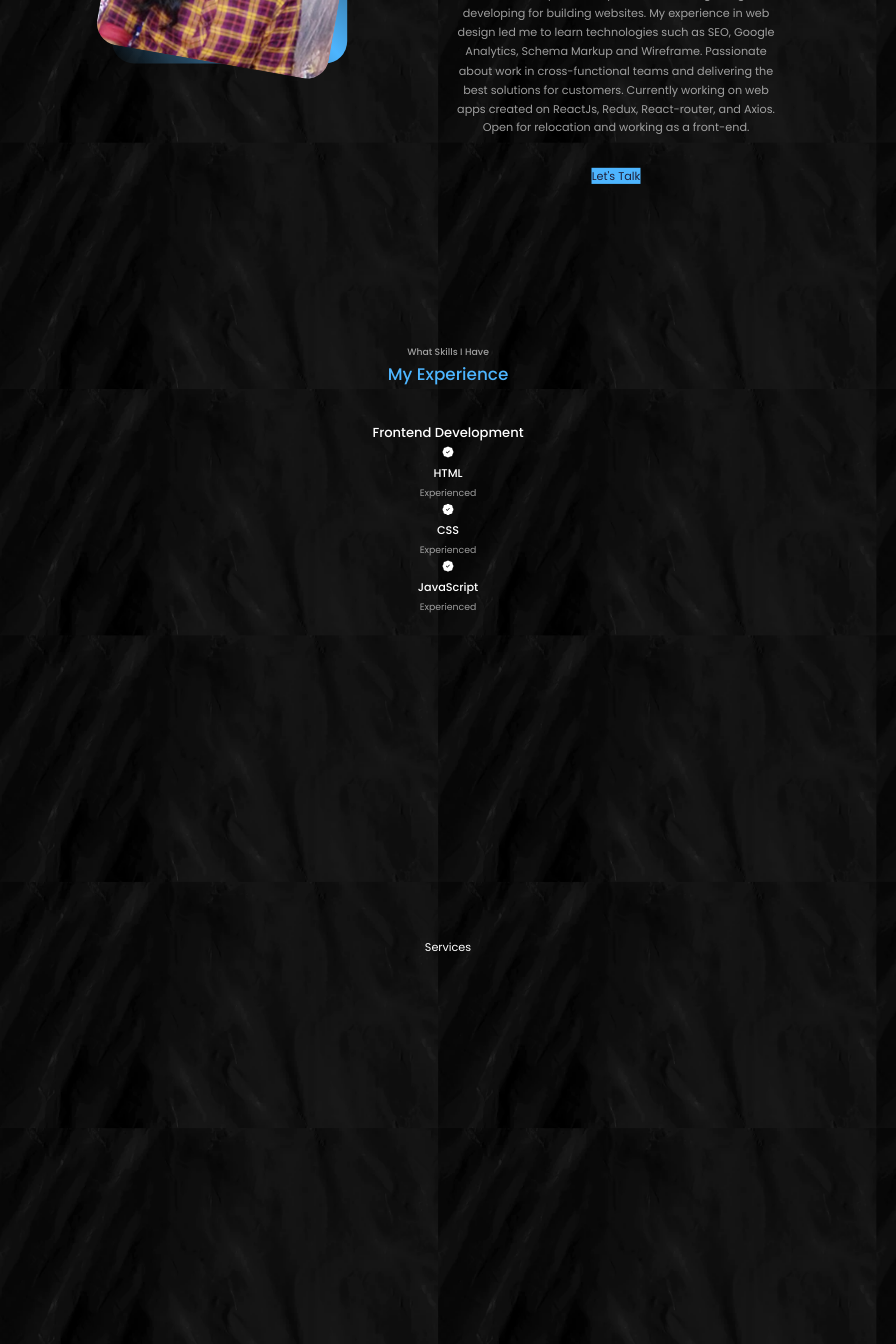
Repository: mayuri2018/Mr_react_portfolio
Page: /
An editor plug-in stored every save of this project. The page is shown before and after the next save, followed by the edit.
The browser window is 1280 px wide. The pictures show the part of the page from y = 1204 to 3124 px (the page is 5835 px tall), at 70% of full size.
The project was rebuilt for these pictures with package versions that can differ from the ones it lists, and the page was loaded fresh each time. Also part of the build but not shown: src/components/experience/experience.css, src/components/services/services.css, src/components/portfolio/portfolio.css, src/components/testimonials/testimonials.css, src/components/contact/contact.css, src/components/footer/footer.css.

Above is the page before, as saved 2023-01-25 13:59:41.

### public/index.html
<!DOCTYPE html>
<html lang="en">
  <head>
    <meta charset="utf-8" />
    <link rel="icon" href="%PUBLIC_URL%/favicon.ico" />
    <meta name="viewport" content="width=device-width, initial-scale=1" />
    <meta name="theme-color" content="#000000" />
    <meta
      name="description"
      content="Web site created using create-react-app"
    />
    <link rel="apple-touch-icon" href="%PUBLIC_URL%/logo192.png" />
    <!--
      manifest.json provides metadata used when your web app is installed on a
      user's mobile device or desktop. See https://developers.google.com/web/fundamentals/web-app-manifest/
    -->
    <link rel="manifest" href="%PUBLIC_URL%/manifest.json" />
    <!--
      Notice the use of %PUBLIC_URL% in the tags above.
      It will be replaced with the URL of the `public` folder during the build.
      Only files inside the `public` folder can be referenced from the HTML.

      Unlike "/favicon.ico" or "favicon.ico", "%PUBLIC_URL%/favicon.ico" will
      work correctly both with client-side routing and a non-root public URL.
      Learn how to configure a non-root public URL by running `npm run build`.
    -->
    <title>React portfolio</title>
  </head>
  <body>
    <noscript>You need to enable JavaScript to run this app.</noscript>
    <div id="root"></div>
    <!--
      This HTML file is a template.
      If you open it directly in the browser, you will see an empty page.

      You can add webfonts, meta tags, or analytics to this file.
      The build step will place the bundled scripts into the <body> tag.

      To begin the development, run `npm start` or `yarn start`.
      To create a production bundle, use `npm run build` or `yarn build`.
    -->
  </body>
</html>

### src/index.css
@import url('https://fonts.googleapis.com/css2?family=Poppins:wght@300;400;500;600&display=swap');
*{
  margin:0;
  padding: 0;
  border: 0;
  outline: 0;
  box-sizing:border-box;
  list-style: none;
  text-decoration: none;
}
:root{
  --color-bg:#1f1f38;
  --color-bg-variant:#2c2c6c;
  --color-primary:#4db5ff;
  --color-primary-vriant:rgba(77,181,255,0.4);
  --color-white:#fff;
  --color-light:rgba(255, 255, 255, 0.6);
  --transition: all 400ms;
  --container-width-lg:75%;
  --container-width-md:86%;
  --container-width-ms:90%;
}

html {
  scroll-behavior: smooth;
}

::-webkit-scrollbar{
  display: none;
}
body{
  font-family: "Poppins", sans-serif;
  background:var (--color-white);
  color: var(--color-white);
  line-height: 1.7;
  background-image: url(../src/assets/bg-texture.webp);
}
/*---------general style---------*/
.container{
  width: var(--container-width-lg);
  margin: 0 auto;
}

h1,
h2,
h3,
h4,
h5{
  font-weight:500;
}
h1{
  font-size: 2.5rem;
}
section{
  margin-top: 8rem;
  height: 100vh;
}
section > h2,
section >h5{
  text-align: center;
  color: var(--color-light);
}
section > h2{
  color: var(--color-primary);
  margin-bottom: 3rem;
}
.text-light{
  color: var(--color-light);
}
a{
  color: var(--color-primary);
  transition: var(--transition);
}
a:hover{
  color: var(--color-white);
}
.btn{
  width: max-content;
  display: inline-block;
  color: var(--color-primary);
  padding: 0.75rem 1.2rem;
  border-radius: 0.4rem;
  cursor: pointer;
  border: 1px solid var(--color-primary);
  transition: var(--transition);
}
.btn:hover{
  background: var(--color-white);
  color: var(--color-bg);
  border-color: transparent;
}
.btn-primary{
  background: var(--color-primary);
  color: var(--color-bg);
}
img{
  display: block;
  width: 100%;
  object-fit: cover;
}
/*----------Media Queries (Medium devices)-----*/
@media screen and (max-width: 1024px){
  .container{
    width: var(--container-width-md);
  }
  section{
    margin-top: 6rem;
  }

}
/*----------Media Queries (small devices)-----*/
@media screen and (max-width: 600px){
  .container{
    width: var(--container-width-md);
  }
  section > h2{
    margin-bottom: 2rem;
  }

}

### src/App.js
import logo from './logo.svg';
import './App.css';
import Header from "./components/header/Header";
import Nav from "./components/nav/Nav";
import About from "./components/about/About";
import Experience from "./components/experience/Experience";
import Services from "./components/services/Services";
import Portfolio from "./components/portfolio/Portfolio";
import Testimonials from "./components/testimonials/Testimonials";
import Contact from "./components/contact/Contact";
import Footer from "./components/footer/Footer";

function App() {
  return (
    <div className="App">
      <Header/>
      <Nav/>
      <About/>
      <Experience/>
      <Services/>
      <Portfolio/>
      <Testimonials/>
      <Contact/>
      <Footer/>

    </div>
  );
}

export default App;

### src/components/header/Header.jsx
import React from "react";
import "./header.css";
import ME from "../../assets/ME.jpeg";
import CTA from "./CTA";
import HeaderSocials from "./HeaderSocials";

export default function Header(){
    return(
        <header>
            <div className="container header_container">
                <h5>Hello I'm</h5>
                <h1>Mayuri Vaddempudi</h1>
                <h5 className="text-light">Fullstack Developer</h5>
                <CTA/>
                <HeaderSocials/>
                <div className="me">
                    <img src={ME} alt="me"/>
                </div>
                <a href="#contact" className="scroll_down">Scroll Down</a>
            </div>
        </header>

    )
}

### src/components/nav/Nav.jsx
import React from "react";
import "./nav.css";
import {AiOutlineHome} from "react-icons/ai";
import {BiBook} from "react-icons/bi";
import {AiOutlineUser} from "react-icons/ai";
import {RiServiceLine} from "react-icons/ri";
import {BiMessageSquareDetail} from "react-icons/bi";
import { useState } from "react";

export default function Nav(){
    const[activeNav, setActiveNav] = useState("#")
    return(
        <nav>
            <a href="#" onClick = {()=> setActiveNav("#")}className={activeNav === "#" ? "active" : ""}><AiOutlineHome/></a>
            <a href="#about" onClick = {()=> setActiveNav("#about")}className={activeNav === "#about" ? "active" : ""}><AiOutlineUser/></a>
            <a href="#experience" onClick = {()=> setActiveNav("#experience")}className={activeNav === "#experience" ? "active" : ""}><BiBook/></a>
            <a href="#services" onClick = {()=> setActiveNav("#services")}className={activeNav === "#services" ? "active" : ""}><RiServiceLine/></a>
            <a href="#contact" onClick = {()=> setActiveNav("#contact")}className={activeNav === "#contact" ? "active" : ""}><BiMessageSquareDetail/></a>
        </nav>

    )
}

### src/components/about/About.jsx
import React from "react";
import "./about.css";
import ME from "../../assets/ME.jpeg";
import{FaAward} from "react-icons/fa";
import{FiUsers} from "react-icons/fi";
import{VscFolderLibrary} from "react-icons/vsc";

export default function About(){
    return(
        <section id="about">
            <h5>Get To Know</h5>
            <h2>About Me</h2>
            <div className="container about_container">
                <div className="about_me">
                    <div className="about_me-image">
                        <img src={ME} alt="About-image"/>
                    </div>
                </div>

                <div className="about_content">
                    <div className="about_cards">
                        <article className="about_card">
                            <FaAward className="about_icon"/>
                            <h5>Experience</h5>
                            <small>4+ Years working</small>
                        </article>

                        <article className="about_card">
                            <FiUsers className="about_icon"/>
                            <h5>Clients</h5>
                            <small>5 Worldwide</small>
                        </article>

                        <article className="about_card">
                            <VscFolderLibrary className="about_icon"/>
                            <h5>Projects</h5>
                            <small>5+ Completed</small>
                        </article>
                    </div>
                    <p>
                    Overall with 4 years of experience including design & developing for building websites.
                    My experience in web design led me to learn technologies such as SEO, Google Analytics,
                    Schema Markup and Wireframe.
                    Passionate about work in cross-functional teams and delivering the best solutions for customers.
                    Currently working on web apps created on ReactJs, Redux, React-router, and Axios.
                    Open for relocation and working as a front-end.
                    </p>
                    <a href="#contact" className="btn-primary">Let's Talk</a>
                </div>
            </div>
        </section>
    )
}

### src/components/experience/Experience.jsx
import React from "react";
import "./experience.css";
import {BsPatchCheckFill} from "react-icons/bs"

export default function Experience (){
    return(
        <section id="experience">
            <h5>What Skills I Have</h5>
            <h2>My Experience</h2>

            <div className="container experience_container">
                <div className="experience_frontend">
                    <h3>Frontend Development</h3>
                    <div className="experience_content">
                        <article className="experience_details">
                            <BsPatchCheckFill/>
                            <h4>HTML</h4>
                            <small className="text-light">Experienced</small>
                        </article>

                        <article className="experience_details">
                            <BsPatchCheckFill/>
                            <h4>CSS</h4>
                            <small className="text-light">Experienced</small>
                        </article>

                        <article className="experience_details">
                            <BsPatchCheckFill/>
                            <h4>JavaScript</h4>
                            <small className="text-light">Experienced</small>
                        </article>
                    </div>
                </div>

            </div>
        </section>
    )
}

### src/components/services/Services.jsx
import React from "react";
import "./services.css";

export default function Services(){
    return(
        <section id="services">Services</section>
    )
}

### src/components/portfolio/Portfolio.jsx
import React from "react";
import "./portfolio.css";

export default function Portfolio(){
    return(
        <section id="portfolio">Portfolio</section>
    )
}

### src/components/testimonials/Testimonials.jsx
import React from "react";
import "./testimonials.css";

export default function Testimonials(){
    return(
        <section id="testimonials">Testimonials</section>
    )
}

### src/components/contact/Contact.jsx
import React from "react";
import "./contact.css";

export default function Contact(){
    return(
        <section id="contact">Contact</section>
    )
}

### src/components/footer/Footer.jsx
import React from "react";
import "./footer.css";

export default function Footer(){
    return(
        <div>Footer</div>
    )
}

### src/components/header/header.css
header{
    height: 100vh;
    padding-top: 7rem;
    overflow: hidden;
}
.header_container{
    text-align: center;
    height: 100%;
    position: relative;
}
/*------------CTA-----------*/
.cta{
    margin-top: 2.5rem;
    display: flex;
    gap: 1.2rem;
    justify-content: center;
}
/*------------headerSocials-----------*/
.header_socials{
    display: flex;
    flex-direction: column;
    align-items: center;
    gap: 0.8rem;
    position: absolute;
    left: 0;
    bottom: 3rem;
}
.header_socials::after{
    content: "";
    width: 1px;
    height: 2rem;
    background: var(--color-primary);
}
/*------------ME-----------*/
.me{
    background: linear-gradient(var(--color-primary), transparent);
    width: 22rem;
    height: 30rem;
    position: absolute;
    left: calc(50% - 11rem);
    margin-top: 4rem;
    border-radius: 12rem 12rem 0 0;
    overflow: hidden;
    padding: 5rem 1.5rem 1.5rem 1.5rem;
}
/*------------scroll down-----------*/
.scroll_down{
    position: absolute;
    right: -2.3rem;
    bottom: 5rem;
    transform: rotate(90deg);
    font-weight: 300;
    font-size: 0.9;
}
/*----------Media Queries (Medium devices)-----*/
@media screen and (max-width: 1024px){
    header{
        height: 68vh;
    }

  }
  /*----------Media Queries (small devices)-----*/
  @media screen and (max-width: 600px){
    header{
        height: 100vh;
    }
    .header_socials,
    .scroll_down{
        display: none;
    }
  }

### src/components/header/CTA.jsx
import React from "react";

export default function CTA(){
    return(
        <div className="cta">
           <a href="{CV}" className="btn">Download CV</a>
           <a href="#contact" className="btn btn-primary">Let's Talk</a>
        </div>
    )
}

### src/components/header/HeaderSocials.jsx
import React from "react";
import {BsLinkedin} from "react-icons/bs";
import {BsGithub} from "react-icons/bs";
import {FaDribbble} from "react-icons/fa";

export default function HeaderSocials(){
    return(
        <div className="header_socials">
            <a href="https://linkedin.com" target="_blank"><BsLinkedin/></a>
            <a href="https://github.com" target="_blank"><BsGithub/></a>
            <a href="https://dribble.com" target="_blank"><FaDribbble/></a>
        </div>
    )
}

### src/components/nav/nav.css
nav{
    background: rgba(0, 0, 0, 0.3);
    width: max-content;
    display: block;
    padding: 0.7rem 1.7rem;
    z-index: 2;
    position: fixed;
    left: 50%;
    transform: translate(-50%);
    bottom: 2rem;
    display: flex;
    gap: 0.8rem;
    border-radius: 3rem;
    backdrop-filter: blur(15px);
}
nav a{
    background: transparent;
    padding: 0.9rem;
    border-radius: 50%;
    display: flex;
    color: var(--color-light);
    font-size: 1.1rem;
}
nav a:hover{
    background:rgba(0, 0, 0, 0.3);
}
nav a.active{
    background: var(--color-bg);
    color: var(--color-white);
}

### src/components/about/about.css
.about_container{
    display: grid;
    grid-template-columns: 35% 50%;
    gap:15%;
}

.about_me{
    width: 100%;
    aspect-ratio: 1/1;
    border-radius: 2rem;
    background: linear-gradient(
        45deg,
        transparent,
        var(--color-primary),
        transparent);
    display: grid;
    place-items: center;
}

.about_me-image{
    border-radius: 2rem;
    overflow: hidden;
    transform: rotate(10deg);
    transition: var(--transition);
}

.about_me-image:hover{
    transform: rotate(0);
}
.about_cards{
    display: grid;
    grid-template-columns: repeat(3, 1fr);
    gap: 1.5em;
}

.about_card{
    background: var(--color-bg-variant);
    border: 1px solid transparent;
    border-radius: 1rem;
    padding: 2rem;
    text-align: center;
    transition: var(--transition);
}

.about_card:hover{
    background: transparent;
    border-color: var(--color-primary-variant);
    cursor: default;
}

.about_icon{
    color: var(--color-primary);
    font-size: 1.4rem;
    margin-bottom: 1rem;
}
.about_card h5{
    font-size: 0.9rem;
}

.about_card small{
    font-size: 0.7rem;
    color: var(--color-light);
}

.about_content p{
    margin: 2rem 0 2.6rem;
    color:var(--color-light);
}

/*----------Media Queries (Medium devices)-----*/
@media screen and (max-width: 1024px){
    .about_container{
        grid-template-columns: 1fr;
        gap:0;
    }
    .about_me{
        width: 50%;
        margin: 1rem 0 1.5rem;
    }

  }
  /*----------Media Queries (small devices)-----*/
  @media screen and (max-width: 600px){
    .about_me{
        width: 65%;
        margin: 0 auto 3rem;
    }
    .about_cards{
        grid-template-columns: 1fr 1fr;
        gap:1rem ;
    }
    .about_content{
        text-align: center;
    }
    .about_content p{
        margin: 1.5rem 0;
    }
  }

Loaded but not shown: src/index.js (common file); src/reportWebVitals.js (common file); src/App.css (common file)

After the next save:
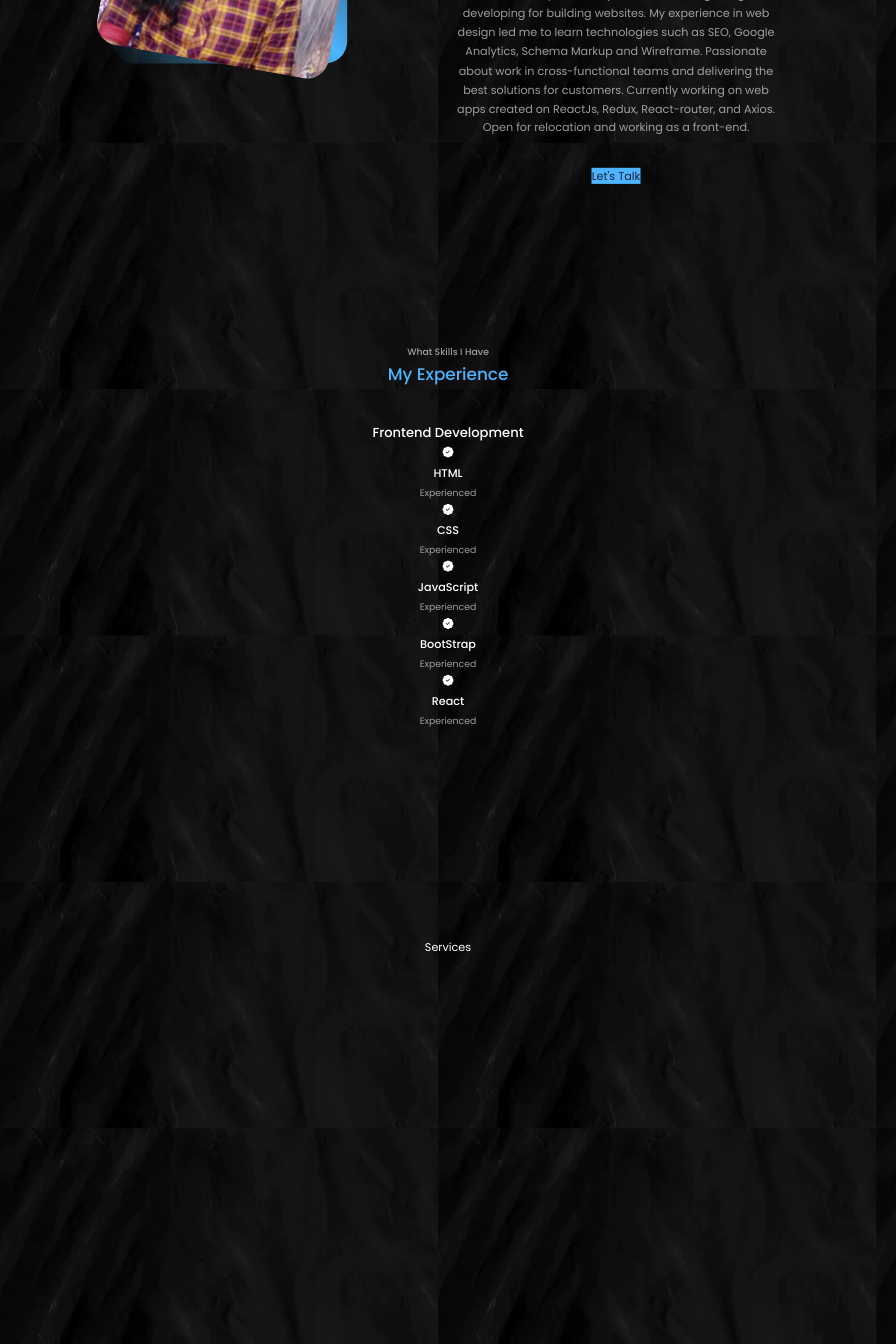
Saved 48 s later.
--- a/src/components/experience/Experience.jsx
+++ b/src/components/experience/Experience.jsx
@@ -29,6 +29,18 @@ export default function Experience (){
                             <h4>JavaScript</h4>
                             <small className="text-light">Experienced</small>
                         </article>
+
+                        <article className="experience_details">
+                            <BsPatchCheckFill/>
+                            <h4>BootStrap</h4>
+                            <small className="text-light">Experienced</small>
+                        </article>
+
+                        <article className="experience_details">
+                            <BsPatchCheckFill/>
+                            <h4>React</h4>
+                            <small className="text-light">Experienced</small>
+                        </article>
                     </div>
                 </div>
 
